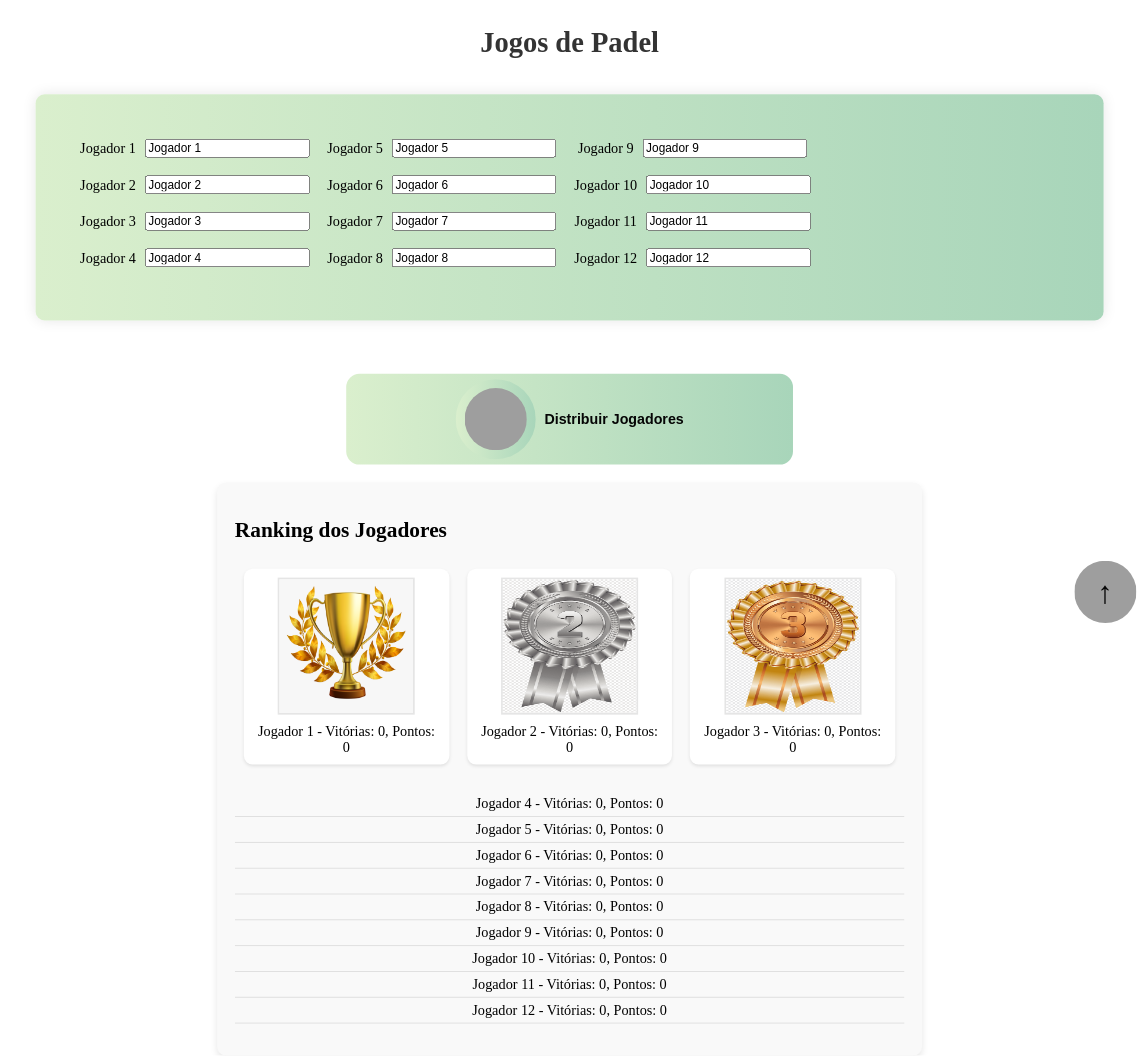
Repository: MarcioMiguel22/PadelMaster
Page: /calculadora
An editor plug-in stored every save of this project. The page is shown before and after the next save, followed by the edit.
The browser window is 1280 px wide. The pictures show the whole page, at 89% of full size.
Pictures or frames that could not be fetched are drawn as grey boxes. The project was rebuilt for these pictures with package versions that can differ from the ones it lists, and the page was loaded fresh each time. Also part of the build but not shown: vite.config.ts, src/pages/Home/Home.tsx, src/components/components_calculadora/Campo.tsx, src/components/components_calculadora/Jogo.tsx, src/pages/Player/playerComponent.module.css, src/pages/Player/playerComponent.tsx, src/index.css.

Above is the page before, as saved 2024-06-17 11:54:46.

### src/main.tsx
///home/marciomiguel/code/MarcioMiguel22/Sites/PadelMaster/src/main.tsx
import { render } from 'react-dom';
import { StrictMode } from 'react';
import App from './App';
import './index.css';

const root = document.getElementById('root')!;
render(
  <StrictMode>
    <App />
  </StrictMode>,
  root
);

### src/App.tsx

///home/marciomiguel/code/MarcioMiguel22/Sites/PadelMaster/src/App.tsx

import { BrowserRouter, Routes, Route } from 'react-router-dom';
import Home from './pages/Home/Home';
import Calculadora from './pages/Calculadora/Calculadora';
import PlayerComponent from './pages/Player/playerComponent';
function App() {
  return (
    <BrowserRouter>
      <Routes>
        <Route path="/" element={<Home />} />
        <Route path="/calculadora" element={<Calculadora />} /> // Wrap Calculadora component with curly braces
        <Route path="/player-component" element={<PlayerComponent />} />
      </Routes>
    </BrowserRouter>
  );
}

export default App

### src/pages/Calculadora/Calculadora.tsx
import React, { useState } from 'react';
import './Calculadora.css';
import JogadoresLista from '../../components/components_calculadora/JogadoresLista';
import Jogo from '../../components/components_calculadora/Jogo';
import Ranking from '../../components/components_calculadora/Ranking';
import { Jogador, Time, Campo as CampoType } from '../../utils/types/types';
import { iniciarProximoJogo } from '../../components/components_calculadora/logic/gameLogic';
import ScrollToTopButton from '../../components/components_calculadora/ScrollToTopButton';
import DistributeButton from '../../components/components_calculadora/DistributeButton';

const jogadoresIniciais: Jogador[] = Array.from({ length: 12 }, (_, i) => ({
  id: i + 1,
  nome: `Jogador ${i + 1}`,
  vitorias: 0,
  pontos: 0,
}));

const embaralharArray = <T,>(array: T[]): T[] => {
  const copiaArray = [...array];
  for (let i = copiaArray.length - 1; i > 0; i--) {
    const j = Math.floor(Math.random() * (i + 1));
    [copiaArray[i], copiaArray[j]] = [copiaArray[j], copiaArray[i]];
  }
  return copiaArray;
};

const criarTimes = (jogadores: Jogador[]): Time[] => {
  const jogadoresEmbaralhados = embaralharArray(jogadores);
  const times: Time[] = [];
  for (let i = 0; i < jogadoresEmbaralhados.length; i += 2) {
    times.push({ jogadores: jogadoresEmbaralhados.slice(i, i + 2), resultado: 0 });
  }
  return times;
};

const criarCampos = (times: Time[]): CampoType[] => [
  { id: 1, times: times.slice(0, 2) },
  { id: 2, times: times.slice(2, 4) },
  { id: 3, times: times.slice(4, 6) },
];

const CalculadoraApp: React.FC = () => {
  const [jogadores, setJogadores] = useState<Jogador[]>(jogadoresIniciais);
  const [jogos, setJogos] = useState<CampoType[][]>([]);

  const handleNomeChange = (id: number, novoNome: string) => {
    setJogadores(jogadores.map(jogador =>
      jogador.id === id ? { ...jogador, nome: novoNome } : jogador
    ));
  };

  const handleResultadoChange = (jogoIndex: number, campoId: number, timeIndex: number, novoResultado: number) => {
    setJogos(jogos.map((jogo, idx) =>
      idx === jogoIndex
        ? jogo.map(campo =>
            campo.id === campoId
              ? {
                  ...campo,
                  times: campo.times.map((time, index) =>
                    index === timeIndex ? { ...time, resultado: novoResultado } : time
                  ),
                }
              : campo
          )
        : jogo
    ));
  };

  const handleNomeEdit = (jogoIndex: number, campoId: number, timeIndex: number, jogadorIndex: number, novoNome: string) => {
    setJogos(jogos.map((jogo, idx) =>
      idx === jogoIndex
        ? jogo.map(campo =>
            campo.id === campoId
              ? {
                  ...campo,
                  times: campo.times.map((time, tIdx) =>
                    tIdx === timeIndex
                      ? {
                          ...time,
                          jogadores: time.jogadores.map((jogador, jIdx) =>
                            jIdx === jogadorIndex ? { ...jogador, nome: novoNome } : jogador
                          ),
                        }
                      : time
                  ),
                }
              : campo
          )
        : jogo
    ));
  };

  const distribuirJogadores = () => {
    const times = criarTimes(jogadores);
    const novosCampos = criarCampos(times);
    setJogos([novosCampos]);
  };

  const getTeamClass = (campo: CampoType, timeIndex: number): string => {
    if (campo.times.length < 2) return '';
    const resultadoAtual = campo.times[timeIndex].resultado;
    const resultadoOponente = campo.times[1 - timeIndex]?.resultado;
    if (resultadoAtual > resultadoOponente) return 'team vencedor';
    if (resultadoAtual < resultadoOponente) return 'team perdedor';
    return 'team';
  };

  const jogadoresClassificados = [...jogadores].sort((a, b) => {
    if (b.vitorias === a.vitorias) {
      return b.pontos - a.pontos;
    }
    return b.vitorias - a.vitorias;
  });

  return (
    <div className="calculadora-container">
      <h1>Jogos de Padel</h1>
      <div className="main-content">
        <JogadoresLista jogadores={jogadores} handleNomeChange={handleNomeChange} />
        <div className="fields-container">
          <DistributeButton onClick={distribuirJogadores} />
          {jogos.map((jogo, jogoIndex) => (
            <Jogo
              key={jogoIndex}
              jogo={jogo}
              jogoIndex={jogoIndex}
              handleResultadoChange={handleResultadoChange}
              handleNomeEdit={handleNomeEdit}
              getTeamClass={getTeamClass}
            />
          ))}
        </div>
        {jogos.length > 0 && jogos.length < 5 && (
          <button onClick={() => iniciarProximoJogo(jogos, setJogos)} className="distribute-button">Jogo {jogos.length + 1}</button>
        )}
        <ScrollToTopButton />
        <Ranking jogadoresClassificados={jogadoresClassificados} />
      </div>
    </div>
  );
};

export default CalculadoraApp;

### src/pages/Home/Home.module.css
.padelContainer {
  display: flex;
  flex-direction: column;
  align-items: center;
  justify-content: center;
  text-align: center;
  background-color: white;
  padding: 20px;
  border-radius: 10px;
  box-shadow: 0 0 10px rgba(0, 0, 0, 0.1);
  height: 100vh;
}

h1 {
  color: #333;
  margin-bottom: 20px;
}

.content {
  display: flex;
  flex-direction: column;
  align-items: center;
}

.padelImage {
  max-width: 50%;
  width: 1000px; /* Adjust this if necessary */
  height: auto;
  border-radius: 10px;
  margin-bottom: 20px;
  position: relative; /* Add this */
}



.enterButton {
  background-image: url('../../assets/images/tennis-ball.png'); /* Ensure the path is correct */
  background-size: cover;
  width: 60px;
  height: 60px;
  border: none;
  border-radius: 50%;
  cursor: pointer;
}

.enterButton:hover {
  transform: scale(2.0);
}

### src/pages/Calculadora/Calculadora.css
/* Global Styles */
:root {
  --main-bg-color: #4CAF50;
  --main-hover-color: #45a049;
  --input-padding: 5px;
  --font-size: 16px;
  --box-shadow: 0 0 15px rgba(0, 0, 0, 0.1);
}

.calculadora-container {
  display: flex;
  flex-direction: column;
  align-items: center;
  gap: 20px;
  overflow-x: hidden;
  width: 100%;
  max-width: 100vw;
}

.main-content {
  display: flex;
  flex-direction: column;
  align-items: center;
  gap: 20px;
  width: 100%;
  max-width: 100vw;
}

.jogadores-lista {
  background: linear-gradient(to right, #daefcd, #a8d5ba);
  display: flex;
  flex-wrap: wrap;
  gap: 20px;
  width: 90%;
  max-width: 1100px;
  margin: 0 auto;
  padding: 50px;
  border-radius: 10px;
  box-shadow: var(--box-shadow);
}

.fields-container {
  display: flex;
  flex-direction: column;
  align-items: center;
  margin-top: 20px;
  width: 100%;
  max-width: 100vw;
}

.campos {
  display: flex;
  flex-wrap: wrap;
  justify-content: space-around;
  width: 100%;
  overflow-x: hidden;
  gap: 20px; /* Added gap between fields */
}

.jogadores-coluna {
  display: flex;
  flex-direction: column;
  align-items: center;
  gap: 10px;
}

.jogador-item {
  display: flex;
  align-items: center;
  margin-bottom: 10px;
}

.jogador-item label {
  margin-right: 10px;
}

.jogador-input {
  margin-right: 5px;
  padding: var(--input-padding);
  font-size: var(--font-size);
  border: 1px solid #ccc;
  border-radius: 5px;
}

.distribute-button, .scroll-to-top {
  background-color: var(--main-bg-color);
  color: white;
  padding: 10px 20px;
  border: none;
  border-radius: 5px;
  cursor: pointer;
  font-size: var(--font-size);
  margin-top: 10px;
}

.distribute-button:hover, .scroll-to-top:hover {
  background-color: var(--main-hover-color);
}

.jogo {
  margin-bottom: 40px;
}

.field {
  background: linear-gradient(to right, #c3e8ad, #a8d5ba);
  padding: 40px;
  border-radius: 10px;
  box-shadow: var(--box-shadow);
  width: 30%;
  min-width: 280px;
  margin: 10px; /* Added margin for extra spacing */
}

.field h2 {
  margin-top: 0;
}

.team {
  list-style-type: none;
  padding: 10px;
  background-color: #fff;
  margin: 5px 0;
  border-radius: 5px;
  box-shadow: var(--box-shadow);
  width: 100%;
}

.team.vencedor {
  background-color: #d4edda;
}

.team.perdedor {
  background-color: #f8d7da;
}

.team div {
  display: flex;
  align-items: center;
  justify-content: space-between;
  width: 100%;
  flex-wrap: wrap;
}

.team input.jogador-input {
  min-width: 100px;
  margin-right: 10px;
}

.team input.resultado-input {
  margin-left: 10px;
  padding: var(--input-padding);
  font-size: var(--font-size);
}

.ranking-container {
  margin-top: 40px;
}

.ranking-container h2 {
  margin-bottom: 10px;
}

.ranking-container ul {
  list-style-type: none;
  padding: 0;
}

.ranking-container li {
  margin: 5px 0;
}

/* Media Queries for Mobile */
@media screen and (max-width: 767px) {
  .jogadores-lista {
    flex-direction: column;
    align-items: center;
    gap: 20px;
    padding: 10px;
  }

  .field {
    width: 80%;
    margin-bottom: 20px;
  }

  .campos {
    flex-direction: column;
    align-items: center;
    gap: 20px;
  }

  .distribute-button, .scroll-to-top {
    width: 100%;
    font-size: 14px;
    padding: 8px 16px;
  }

  .team div {
    flex-direction: column;
    align-items: flex-start;
    width: 100%;
  }

  .team input.resultado-input {
    margin-left: 0;
    margin-top: 5px;
  }

  .ranking-container {
    flex-flow: column;
    margin-top: 40px;
  }

  .ranking-container h2 {
    margin-bottom: 10px;
  }

  .ranking-container ul {
    list-style-type: none;
    padding: 0;
  }

  .ranking-container li {
    margin: 5px 0;
  }
}

### src/components/components_calculadora/JogadoresLista.tsx
import React from 'react';
import JogadorItem from './JogadorItem';
import { Jogador } from '../../utils/types/types'; // Importando o tipo Jogador

interface JogadoresListaProps {
  jogadores: Jogador[];
  handleNomeChange: (id: number, novoNome: string) => void;
}

const JogadoresLista: React.FC<JogadoresListaProps> = ({ jogadores, handleNomeChange }) => (
  <div className="jogadores-lista">
    {Array.from({ length: 3 }, (_, i) => (
      <div className="jogadores-coluna" key={i}>
        {jogadores.slice(i * 4, (i + 1) * 4).map(jogador => (
          <JogadorItem
            key={jogador.id}
            jogador={jogador}
            handleNomeChange={handleNomeChange}
          />
        ))}
      </div>
    ))}
  </div>
);

export default JogadoresLista;

### src/components/components_calculadora/Ranking.tsx
import React from 'react';
import ouro from '../../assets/images/ouro.png';
import prata from '../../assets/images/prata.png';
import bronze from '../../assets/images/bronze.png';
import styles from './Ranking.module.css';

interface Jogador {
  id: number;
  nome: string;
  vitorias: number;
  pontos: number;
}

interface RankingProps {
  jogadoresClassificados: Jogador[];
}

const Ranking: React.FC<RankingProps> = ({ jogadoresClassificados }) => {
  const top3 = jogadoresClassificados.slice(0, 3);
  const outrosJogadores = jogadoresClassificados.slice(3);

  const medalhas = [ouro, prata, bronze];

  return (
    <div className={styles.rankingContainer}>
      <h2>Ranking dos Jogadores</h2>
      <div className={styles.top3Container}>
        {top3.map((jogador, index) => (
          <div key={jogador.id} className={styles.top3Item}>
            <img src={medalhas[index]} alt={`Medalha de ${index + 1}`} className={styles.medalha} />
            {jogador.nome} - Vitórias: {jogador.vitorias}, Pontos: {jogador.pontos}
          </div>
        ))}
      </div>
      <ul className={styles.outrosJogadores}>
        {outrosJogadores.map((jogador) => (
          <li key={jogador.id}>
            {jogador.nome} - Vitórias: {jogador.vitorias}, Pontos: {jogador.pontos}
          </li>
        ))}
      </ul>
    </div>
  );
};

export default Ranking;

### src/components/components_calculadora/logic/gameLogic.ts
import { Jogador, Campo as CampoType } from '../../../utils/types/types';

export const separarDuplas = (jogadores: Jogador[]): Jogador[] => {
  const separados: Jogador[] = [];
  while (jogadores.length) {
    const [jogador1, jogador2] = jogadores.splice(0, 2);
    separados.push(jogador1);
    if (jogador2) separados.push(jogador2);
  }
  return separados;
};

export const iniciarProximoJogo = (jogos: CampoType[][], setJogos: React.Dispatch<React.SetStateAction<CampoType[][]>>) => {
  const ultimoJogo = jogos[jogos.length - 1];
  const novosCampos: CampoType[] = [
    { id: 1, times: [] },
    { id: 2, times: [] },
    { id: 3, times: [] },
  ];

  const campo1 = ultimoJogo.find(campo => campo.id === 1);
  const campo2 = ultimoJogo.find(campo => campo.id === 2);
  const campo3 = ultimoJogo.find(campo => campo.id === 3);

  if (campo1 && campo2 && campo3) {
    const [time1Campo1, time2Campo1] = campo1.times;
    const [time1Campo2, time2Campo2] = campo2.times;
    const [time1Campo3, time2Campo3] = campo3.times;

    // Vencedores e perdedores dos campos
    const vencedoresCampo1 = time1Campo1.resultado > time2Campo1.resultado ? time1Campo1.jogadores : time2Campo1.jogadores;
    const perdedoresCampo1 = time1Campo1.resultado > time2Campo1.resultado ? time2Campo1.jogadores : time1Campo1.jogadores;

    const vencedoresCampo2 = time1Campo2.resultado > time2Campo2.resultado ? time1Campo2.jogadores : time2Campo2.jogadores;
    const perdedoresCampo2 = time1Campo2.resultado > time2Campo2.resultado ? time2Campo2.jogadores : time1Campo2.jogadores;

    const vencedoresCampo3 = time1Campo3.resultado > time2Campo3.resultado ? time1Campo3.jogadores : time2Campo3.jogadores;
    const perdedoresCampo3 = time1Campo3.resultado > time2Campo3.resultado ? time2Campo3.jogadores : time1Campo3.jogadores;

    // Atualizar pontuação dos jogadores
    const margemVitoriaCampo1 = Math.abs(time1Campo1.resultado - time2Campo1.resultado);
    const margemVitoriaCampo2 = Math.abs(time1Campo2.resultado - time2Campo2.resultado);
    const margemVitoriaCampo3 = Math.abs(time1Campo3.resultado - time2Campo3.resultado);

    vencedoresCampo1.forEach(jogador => {
      jogador.vitorias += 1;
      jogador.pontos += margemVitoriaCampo1;
    });

    vencedoresCampo2.forEach(jogador => {
      jogador.vitorias += 1;
      jogador.pontos += margemVitoriaCampo2;
    });

    vencedoresCampo3.forEach(jogador => {
      jogador.vitorias += 1;
      jogador.pontos += margemVitoriaCampo3;
    });

    // Campo 1: vencedores do campo 1 e vencedores do campo 2
    novosCampos[0].times.push(
      { jogadores: [vencedoresCampo1[0], vencedoresCampo2[0]], resultado: 0 },
      { jogadores: [vencedoresCampo1[1], vencedoresCampo2[1]], resultado: 0 }
    );

    // Campo 2: perdedores do campo 1 e vencedores do campo 3
    novosCampos[1].times.push(
      { jogadores: [perdedoresCampo1[0], vencedoresCampo3[0]], resultado: 0 },
      { jogadores: [perdedoresCampo1[1], vencedoresCampo3[1]], resultado: 0 }
    );

    // Campo 3: perdedores do campo 2 e perdedores do campo 3
    novosCampos[2].times.push(
      { jogadores: [perdedoresCampo2[0], perdedoresCampo3[0]], resultado: 0 },
      { jogadores: [perdedoresCampo2[1], perdedoresCampo3[1]], resultado: 0 }
    );
  }

  setJogos([...jogos, novosCampos]);
};

### src/components/components_calculadora/ScrollToTopButton.tsx
import React from 'react';
import tennisBall from '../../assets/images/tennis-ball.png';
import styles from './ScrollToTopButton.module.css'; // Importando o arquivo CSS Module

const ScrollToTopButton: React.FC = () => {
  const scrollToTop = () => {
    window.scrollTo({ top: 0, behavior: 'smooth' });
  };

  return (
    <button onClick={scrollToTop} className={styles.scrollToTop}>
      <img src={tennisBall} alt="Tennis Ball" className={styles.tennisBall} />
      <span className={styles.arrowUp}>↑</span>
    </button>
  );
};

export default ScrollToTopButton;

### src/components/components_calculadora/DistributeButton.tsx
import React from 'react';
import tennisBall from '../../assets/images/tennis-ball.png';
import styles from './DistributeButton.module.css'; // Importando o arquivo CSS Module

const DistributeButton: React.FC<{ onClick: () => void }> = ({ onClick }) => {
  return (
    <div className={styles.container}>
      <button onClick={onClick} className={styles.distributeButton}>
        <img src={tennisBall} alt="Tennis Ball" className={styles.tennisBall} />
        <span className={styles.label}>Distribuir Jogadores</span>
      </button>
    </div>
  );
};

export default DistributeButton;

### src/components/components_calculadora/JogadorItem.tsx
import React from 'react';
import { Jogador } from '../../utils/types/types'; // Importando o tipo Jogador

interface JogadorItemProps {
  jogador: Jogador;
  handleNomeChange: (id: number, novoNome: string) => void;
}

const JogadorItem: React.FC<JogadorItemProps> = ({ jogador, handleNomeChange }) => (
  <div className="jogador-item">
    <label>{`Jogador ${jogador.id}`}</label>
    <input
      type="text"
      value={jogador.nome}
      onChange={(e) => handleNomeChange(jogador.id, e.target.value)}
    />
  </div>
);

export default JogadorItem;

### src/components/components_calculadora/Ranking.module.css
.rankingContainer {
  padding: 20px;
  background-color: #f9f9f9;
  border-radius: 10px;
  box-shadow: 0 4px 8px rgba(0, 0, 0, 0.1);
}

.top3Container {
  display: flex;
  justify-content: space-around;
  margin-bottom: 20px;
  flex-wrap: wrap; /* Ensure items wrap in smaller screens */
}

.top3Item {
  display: flex;
  flex-direction: column;
  align-items: center;
  padding: 10px;
  background-color: #ffffff;
  border-radius: 10px;
  box-shadow: 0 2px 4px rgba(0, 0, 0, 0.1);
  text-align: center;
  margin: 10px; /* Added margin to ensure spacing between items */
  flex-basis: calc(33.33% - 20px); /* Ensure items take equal width, minus margins */
  box-sizing: border-box; /* Ensure padding is included in the element's width */
}

.medalha {
  width: 150px;
  height: 150px;
  margin-bottom: 10px;
  transition: transform 0.3s ease-in-out;
  object-fit: initial;
  background-color: transparent; /* Certifique-se de que o fundo é transparente */
  border: 2px solid rgba(0, 0, 0, 0.1); /* Adicione uma borda leve para verificar a transparência */
}


.medalha:hover {
  transform: scale(8);
  animation: pulse 1s infinite;
}

@keyframes pulse {
  0% {
    transform: scale(1.2);
  }
  50% {
    transform: scale(1.25);
  }
  100% {
    transform: scale(1.2);
  }
}

.outrosJogadores {
  list-style-type: none;
  padding: 0;
}

.outrosJogadores li {
  padding: 5px 0;
  border-bottom: 1px solid #ddd;
  text-align: center;
}

/* Media Queries for Smaller Screens */
@media screen and (max-width: 767px) {
  .top3Item {
    flex-basis: 25%; /* Two items per row on smaller screens */
  }
}

@media screen and (max-width: 479px) {
  .top3Item {
    flex-basis: 25%; /* One item per row on the smallest screens */
  }
}

### src/components/components_calculadora/ScrollToTopButton.module.css
.scrollToTop {
  position: fixed;
  bottom: 20px;
  left: 97%;
  transform: translateX(-50%);
  width: 70px;
  height: 70px;
  border: none;
  background: none;
  cursor: pointer;
  display: flex;
  align-items: center;
  justify-content: center;
}

.tennisBall {
  width: 100%;
  height: 100%;
  position: absolute;
  border-radius: 50%; /* Para garantir que o fundo se ajuste à forma da bola */
}

.arrowUp {
  position: absolute;
  font-size: 35px;
  color: rgb(5, 5, 5);
  font-weight: bold;
  z-index: 1;
}
@media (max-width: 768px) {
  .scrollToTop {
    display: none;
  }
}

### src/components/components_calculadora/DistributeButton.module.css
.container {
  width: 500px;
  height: 100px;
  background: linear-gradient(to right, #daefcd, #a8d5ba);
  padding: 1px;
  border-radius: 15px;
  display: flex;
  justify-content: center;
  align-items: center;
  margin-top: 20px;
}

.distributeButton {
  position: relative; /* Ajuste a posição conforme necessário */
  width: auto;
  height: 70px;
  border: none;
  background: none;
  cursor: pointer;
  display: flex;
  align-items: center;
  justify-content: center;
  flex-direction: row; /* Altera para linha */
}

.tennisBall {
  width: 70px;
  height: 70px;
  background: linear-gradient(to right, #daefcd, #a8d5ba); /* Adiciona fundo à imagem */
  border-radius: 50%; /* Para garantir que o fundo se ajuste à forma da bola */
  padding: 10px; /* Ajuste o padding conforme necessário */
}

.label {
  font-size: 16px;
  color: rgb(5, 5, 5);
  font-weight: bold;
  margin-left: 10px; /* Espaço entre a bola e o texto */
}

Loaded but not shown: index.html (common file)

After the next save:
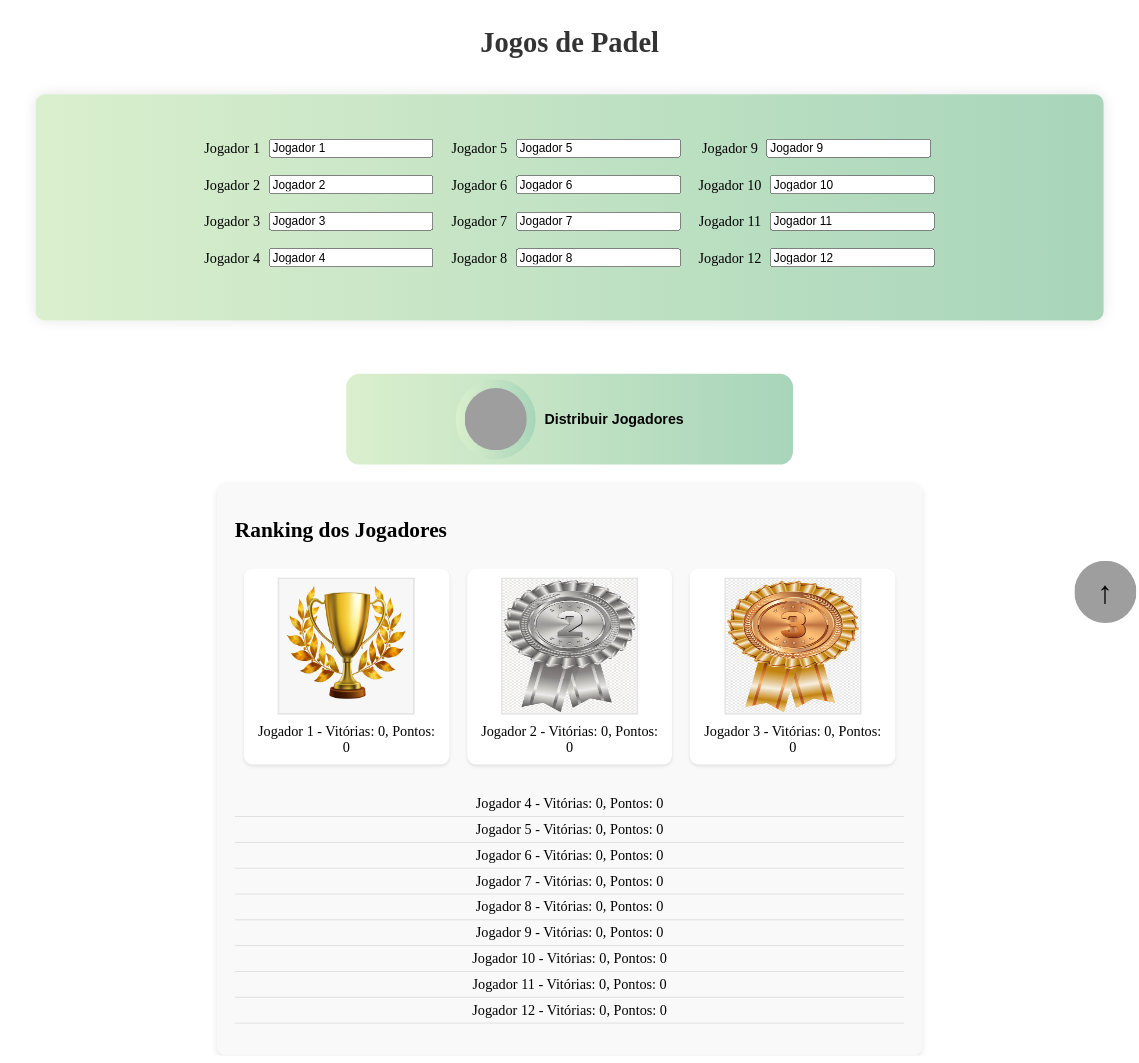
Saved 3 min 15 s later.
--- a/src/pages/Calculadora/Calculadora.css
+++ b/src/pages/Calculadora/Calculadora.css
@@ -29,6 +29,8 @@
 .jogadores-lista {
   background: linear-gradient(to right, #daefcd, #a8d5ba);
   display: flex;
+  flex-direction: row;
+  justify-content: center;
   flex-wrap: wrap;
   gap: 20px;
   width: 90%;
@@ -36,7 +38,8 @@
   margin: 0 auto;
   padding: 50px;
   border-radius: 10px;
-  box-shadow: var(--box-shadow);
+  box-shadow: 0 0 15px rgba(0, 0, 0, 0.1);
+  overflow-x: hidden; /* Adicionado para evitar overflow horizontal */
 }
 
 .fields-container {
